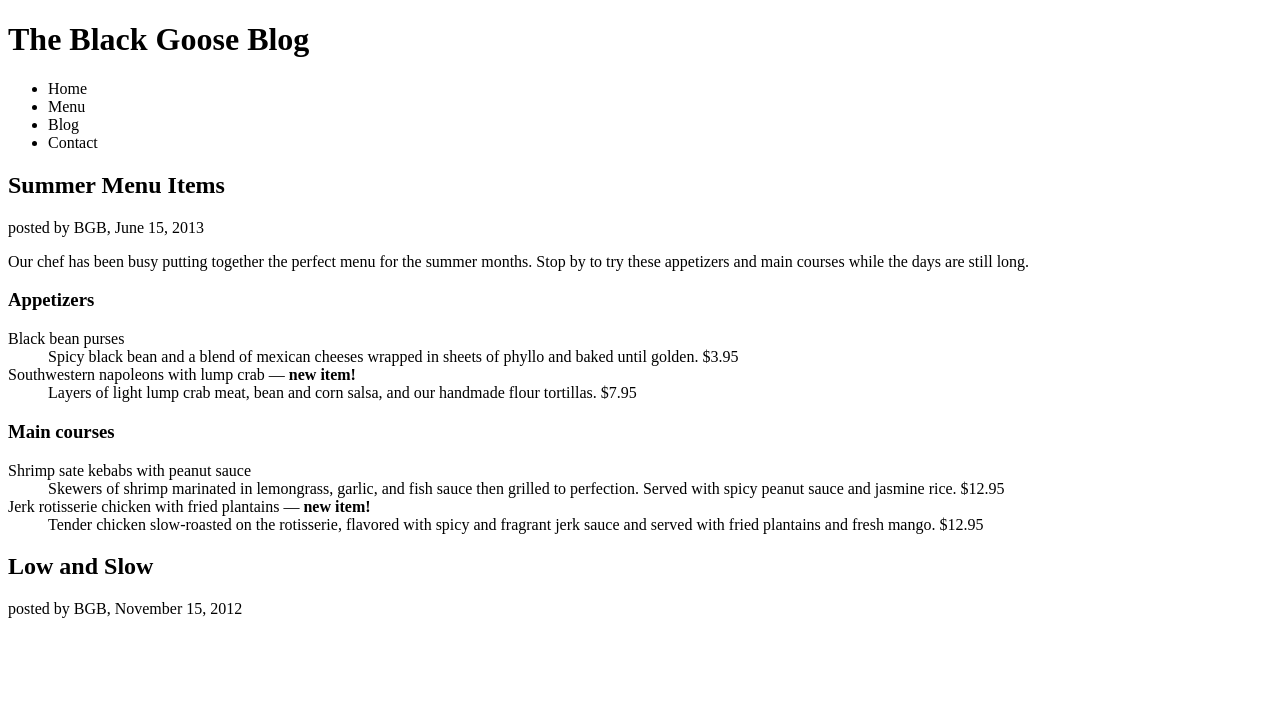
Repository: Lithium87/WebDesign
Page: Bistro/blog.html
The author's editor kept a copy of each file at every save. The page is drawn from the files as they stood at one save, then again after the next save.
The browser window is 1280 px wide. The pictures show the whole page.

Above is the page before, as saved 2020-04-08 15:48:15.

After the next save:
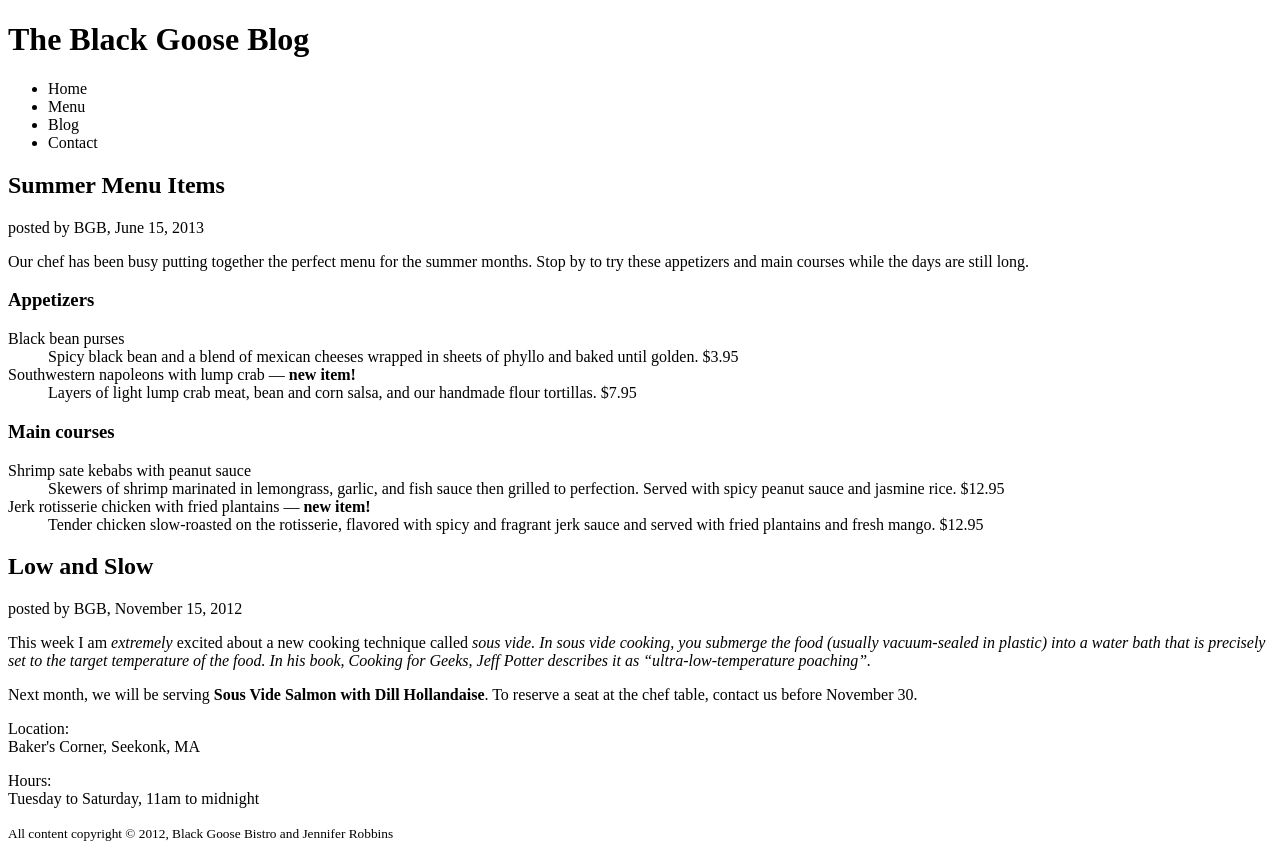
Saved 18 min 48 s later.
--- a/Bistro/blog.html
+++ b/Bistro/blog.html
@@ -52,7 +52,22 @@
             <h2>Low and Slow </h2>
             <p>posted by BGB, <time datetime="2012-11-15" pubdate>November 15, 2012</time></p>
         </header>
+        <p>This week I am <em>extremely</em> excited about a new cooking technique called <dfn><i>sous vide</i></
+            dfn>. In <i>sous vide</i> cooking, you submerge the food (usually vacuum-sealed in plastic) into a water
+            bath that is precisely set to the target temperature of the food. In his book, <cite>Cooking for Geeks</
+            cite>, Jeff Potter describes it as <q>ultra-low-temperature poaching</q>.</p>
+        <p>Next month, we will be serving <b>Sous Vide Salmon with Dill Hollandaise</b>. To reserve a seat at the
+            chef table, contact us before November 30.</p>
     </article>
+
+    <footer>
+        <div id="about">
+            <p>Location:<br>Baker's Corner, Seekonk, MA</p>
+            <p>Hours:<br>Tuesday to Saturday, <time datetime="11:00">11am</time> to <time datetime="00:00">midnight</
+                time></p>
+        </div>
+        <p><small>All content copyright &copy; 2012, Black Goose Bistro and Jennifer Robbins</small><p>
+    </footer>
 </body>
 
 </html>
